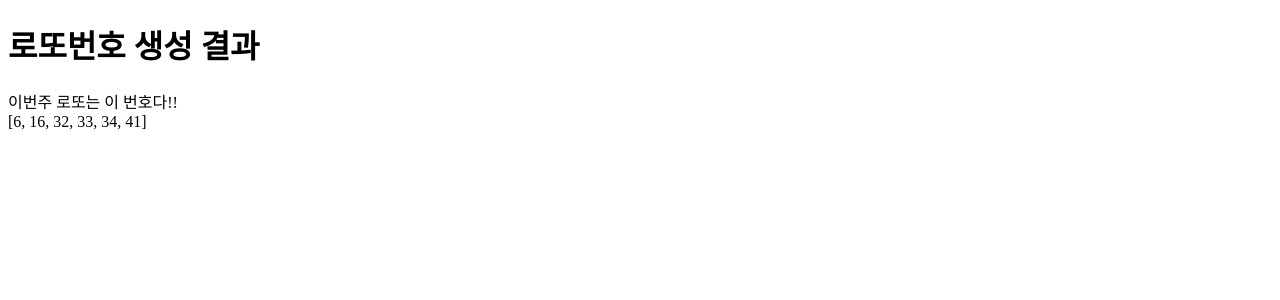
Repository: limbbbyoung/JSP_practice
Page: http://localhost/JSPbasic/jsptag/tag_quiz03.jsp
An editor plug-in stored every save of this project. The page is shown before and after the next save, followed by the edit.
The browser window is 1280 px wide. The pictures show the whole page.
The page is served by Tomcat 9.

Above is the page before, as saved 2022-03-24 09:20:58.

After the next save:
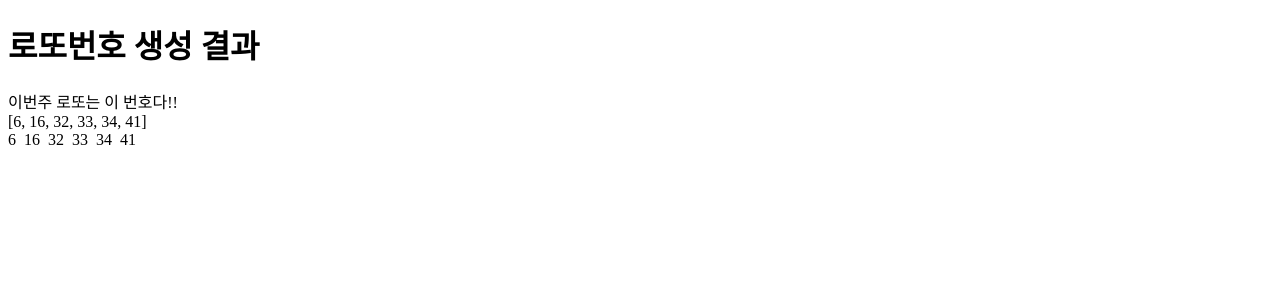
Saved 86 s later.
--- a/JSPbasic/src/main/webapp/jsptag/tag_quiz03.jsp
+++ b/JSPbasic/src/main/webapp/jsptag/tag_quiz03.jsp
@@ -33,7 +33,9 @@
 		<%= lotto %><br/>
 		<%
 		    for(Integer num : lotto){
-
+		    	out.println(num + "&nbsp;");
+		    	Thread.sleep(700); // CPU를 잠시 멈추는 메서드
+		    	out.flush(); // 브라우저의 출력 버퍼를 비우는 메서드
 		    }
 		%>
 
